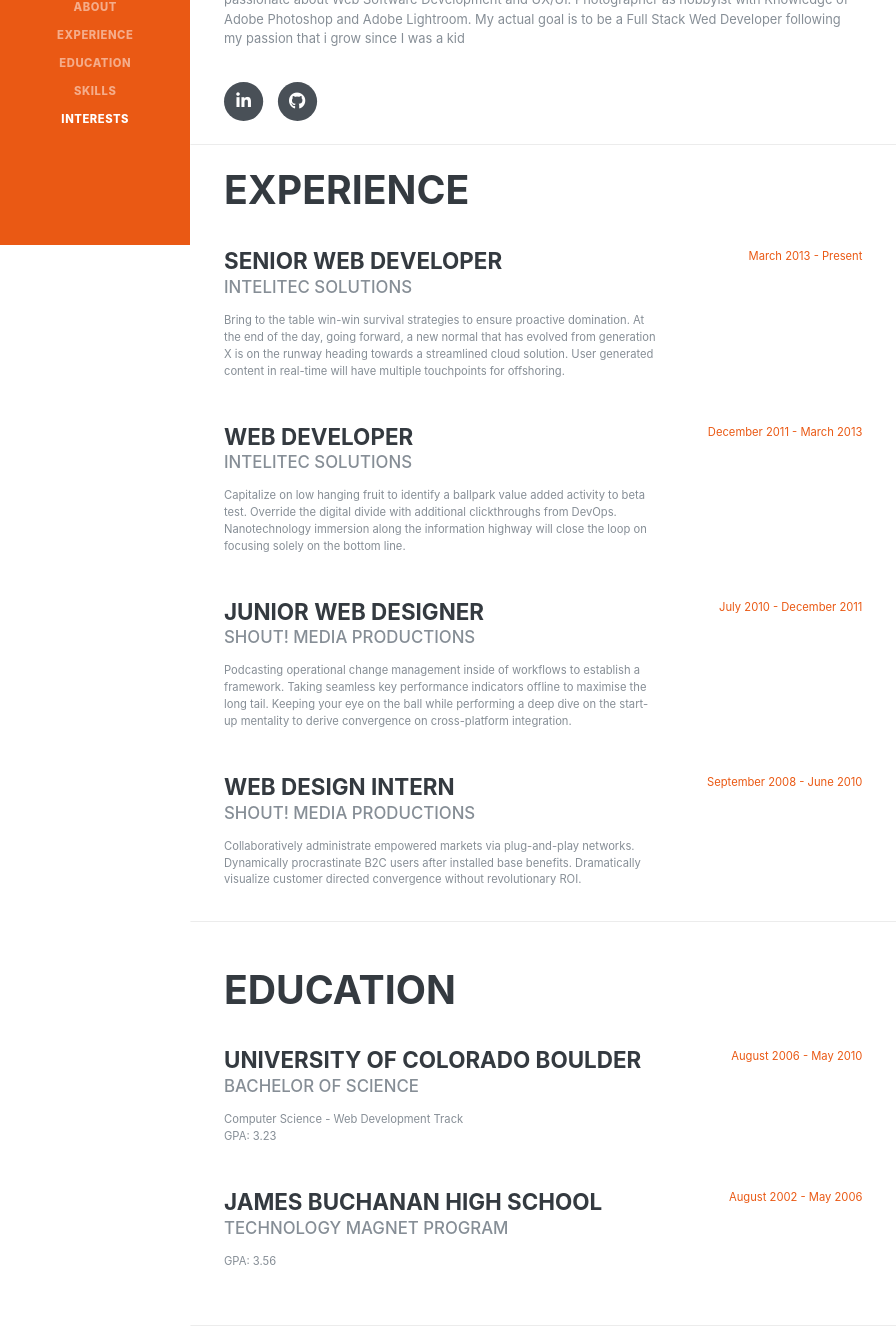
Repository: gello94/antonio_augello_online_Resume
Page: http://localhost/
The author's editor kept a record of every edit. The page is drawn from the files as they stood at one moment, then again after the next edit.
The browser window is 1280 px wide. The pictures show the part of the page from y = 370 to 2290 px (the page is 3994 px tall before and 2884 px after), at 70% of full size.
Some web fonts or font styles are not loaded; a fallback is used. The page is served by the project's application, run on Flask 3 (run.py). Other server files are loaded and not shown.

Above is the page before.

### templates/index.html
<!DOCTYPE html>
<html lang="en">

<head>

  <meta charset="utf-8">
  <meta name="viewport" content="width=device-width, initial-scale=1, shrink-to-fit=no">
  <meta name="description" content="">
  <meta name="author" content="">

  <title>Resume - Start Bootstrap Theme</title>

  <!-- Bootstrap core CSS -->
  <link href="{{ url_for('static', filename='vendor/bootstrap/css/bootstrap.min.css')}}" rel="stylesheet">

  <!-- Custom fonts for this template -->
  <link href="https://fonts.googleapis.com/css?family=Saira+Extra+Condensed:500,700" rel="stylesheet">
  <link href="https://fonts.googleapis.com/css?family=Muli:400,400i,800,800i" rel="stylesheet">
  <link href="{{ url_for('static', filename='vendor/fontawesome-free/css/all.min.css')}}" rel="stylesheet">

  <!-- Custom styles for this template -->
  <link href="{{ url_for('static', filename='css/resume.min.css')}}" rel="stylesheet">
  <link href="{{ url_for('static', filename='css/main.css')}}" rel="stylesheet">

</head>

<body id="page-top">

  <nav class="navbar navbar-expand-lg navbar-dark bg-primary fixed-top" id="sideNav">
    <a class="navbar-brand js-scroll-trigger" href="#page-top">
      <span class="d-block d-lg-none">Clarence Taylor</span>
      <span class="d-none d-lg-block">
        <img class="img-fluid img-profile rounded-circle mx-auto mb-2" src="static/img/img_profile.jpg" alt="Profile Image">
      </span>
    </a>
    <button class="navbar-toggler" type="button" data-toggle="collapse" data-target="#navbarSupportedContent" aria-controls="navbarSupportedContent" aria-expanded="false" aria-label="Toggle navigation">
      <span class="navbar-toggler-icon"></span>
    </button>
    <div class="collapse navbar-collapse" id="navbarSupportedContent">
      <ul class="navbar-nav">
        <li class="nav-item">
          <a class="nav-link js-scroll-trigger" href="#about">About</a>
        </li>
        <li class="nav-item">
          <a class="nav-link js-scroll-trigger" href="#experience">Experience</a>
        </li>
        <li class="nav-item">
          <a class="nav-link js-scroll-trigger" href="#education">Education</a>
        </li>
        <li class="nav-item">
          <a class="nav-link js-scroll-trigger" href="#skills">Skills</a>
        </li>
        <li class="nav-item">
          <a class="nav-link js-scroll-trigger" href="#interests">Interests</a>
        </li>
      </ul>
    </div>
  </nav>

  <div class="container-fluid p-0">

    <section class="resume-section p-3 p-lg-5 d-flex align-items-center" id="about">
      <div class="w-100">
        <h1 class="mb-0">Antonio
          <span class="text-primary">Augello</span>
        </h1>
        <div class="subheading mb-5">62 Fisherman's Quay, Grove Island, Co. Limerick · (+353) 85285293 ·
          <a href="mailto:name@email.com">toni.gello94@gmail.com</a>
        </div>
        <p class="lead mb-5">Working as a Nurse, currently studying at Code Institute to be a Full Stack Software Web Developer, passionate about Web Software Development and UX/UI. Photographer as hobbyist with Knowledge of Adobe Photoshop and Adobe Lightroom. My actual
          goal is to be a Full Stack Wed Developer following my passion that i grow since I was a kid</p>
        <div class="social-icons">
          <a href="https://www.linkedin.com/in/antonio-augello-aba83911a/">
            <i class="fab fa-linkedin-in"></i>
          </a>
          <a href="https://github.com/gello94">
            <i class="fab fa-github"></i>
          </a>
        </div>
      </div>
    </section>

    <hr class="m-0">

    <section class="resume-section p-3 p-lg-5 d-flex justify-content-center" id="experience">
      <div class="w-100">
        <div class="experience_section">
        <h2 class="mb-5">Experience</h2>

        <div class="resume-item d-flex flex-column flex-md-row justify-content-between mb-5">
          <div class="resume-content">
            <h3 class="mb-0">Senior Web Developer</h3>
            <div class="subheading mb-3">Intelitec Solutions</div>
            <p>Bring to the table win-win survival strategies to ensure proactive domination. At the end of the day, going forward, a new normal that has evolved from generation X is on the runway heading towards a streamlined cloud solution. User generated
              content in real-time will have multiple touchpoints for offshoring.</p>
          </div>
          <div class="resume-date text-md-right">
            <span class="text-primary">March 2013 - Present</span>
          </div>
        </div>
        </div>

        <div class="resume-item d-flex flex-column flex-md-row justify-content-between mb-5">
          <div class="resume-content">
            <h3 class="mb-0">Web Developer</h3>
            <div class="subheading mb-3">Intelitec Solutions</div>
            <p>Capitalize on low hanging fruit to identify a ballpark value added activity to beta test. Override the digital divide with additional clickthroughs from DevOps. Nanotechnology immersion along the information highway will close the loop on
              focusing solely on the bottom line.</p>
          </div>
          <div class="resume-date text-md-right">
            <span class="text-primary">December 2011 - March 2013</span>
          </div>
        </div>

        <div class="resume-item d-flex flex-column flex-md-row justify-content-between mb-5">
          <div class="resume-content">
            <h3 class="mb-0">Junior Web Designer</h3>
            <div class="subheading mb-3">Shout! Media Productions</div>
            <p>Podcasting operational change management inside of workflows to establish a framework. Taking seamless key performance indicators offline to maximise the long tail. Keeping your eye on the ball while performing a deep dive on the start-up
              mentality to derive convergence on cross-platform integration.</p>
          </div>
          <div class="resume-date text-md-right">
            <span class="text-primary">July 2010 - December 2011</span>
          </div>
        </div>

        <div class="resume-item d-flex flex-column flex-md-row justify-content-between">
          <div class="resume-content">
            <h3 class="mb-0">Web Design Intern</h3>
            <div class="subheading mb-3">Shout! Media Productions</div>
            <p>Collaboratively administrate empowered markets via plug-and-play networks. Dynamically procrastinate B2C users after installed base benefits. Dramatically visualize customer directed convergence without revolutionary ROI.</p>
          </div>
          <div class="resume-date text-md-right">
            <span class="text-primary">September 2008 - June 2010</span>
          </div>
        </div>

      </div>

    </section>

    <hr class="m-0">

    <section class="resume-section p-3 p-lg-5 d-flex align-items-center" id="education">
      <div class="w-100">
        <h2 class="mb-5">Education</h2>

        <div class="resume-item d-flex flex-column flex-md-row justify-content-between mb-5">
          <div class="resume-content">
            <h3 class="mb-0">University of Colorado Boulder</h3>
            <div class="subheading mb-3">Bachelor of Science</div>
            <div>Computer Science - Web Development Track</div>
            <p>GPA: 3.23</p>
          </div>
          <div class="resume-date text-md-right">
            <span class="text-primary">August 2006 - May 2010</span>
          </div>
        </div>

        <div class="resume-item d-flex flex-column flex-md-row justify-content-between">
          <div class="resume-content">
            <h3 class="mb-0">James Buchanan High School</h3>
            <div class="subheading mb-3">Technology Magnet Program</div>
            <p>GPA: 3.56</p>
          </div>
          <div class="resume-date text-md-right">
            <span class="text-primary">August 2002 - May 2006</span>
          </div>
        </div>

      </div>
    </section>

    <hr class="m-0">

    <section class="resume-section p-3 p-lg-5 d-flex align-items-center" id="skills">
      <div class="w-100">
        <h2 class="mb-5">Skills</h2>

        <div class="subheading mb-3">Programming Languages &amp; Tools</div>
        <ul class="list-inline dev-icons">
          <li class="list-inline-item">
            <i class="fab fa-html5"></i>
          </li>
          <li class="list-inline-item">
            <i class="fab fa-css3-alt"></i>
          </li>
          <li class="list-inline-item">
            <i class="fab fa-js-square"></i>
          </li>
          <li class="list-inline-item">
            <i class="fab fa-angular"></i>
          </li>
          <li class="list-inline-item">
            <i class="fab fa-react"></i>
          </li>
          <li class="list-inline-item">
            <i class="fab fa-node-js"></i>
          </li>
          <li class="list-inline-item">
            <i class="fab fa-sass"></i>
          </li>
          <li class="list-inline-item">
            <i class="fab fa-less"></i>
          </li>
          <li class="list-inline-item">
            <i class="fab fa-wordpress"></i>
          </li>
          <li class="list-inline-item">
            <i class="fab fa-gulp"></i>
          </li>
          <li class="list-inline-item">
            <i class="fab fa-grunt"></i>
          </li>
          <li class="list-inline-item">
            <i class="fab fa-npm"></i>
          </li>
        </ul>

        <div class="subheading mb-3">Workflow</div>
        <ul class="fa-ul mb-0">
          <li>
            <i class="fa-li fa fa-check"></i> Mobile-First, Responsive Design</li>
          <li>
            <i class="fa-li fa fa-check"></i> Cross Browser Testing &amp; Debugging</li>
          <li>
            <i class="fa-li fa fa-check"></i> Cross Functional Teams</li>
          <li>
            <i class="fa-li fa fa-check"></i> Agile Development &amp; Scrum</li>
        </ul>
      </div>
    </section>

    <hr class="m-0">

    <section class="resume-section p-3 p-lg-5 d-flex align-items-center" id="interests">
      <div class="w-100">
        <h2 class="mb-5">Interests</h2>
        <p>Apart from being a web developer, I enjoy most of my time being outdoors. In the winter, I am an avid skier and novice ice climber. During the warmer months here in Colorado, I enjoy mountain biking, free climbing, and kayaking.</p>
        <p class="mb-0">When forced indoors, I follow a number of sci-fi and fantasy genre movies and television shows, I am an aspiring chef, and I spend a large amount of my free time exploring the latest technology advancements in the front-end web development world.</p>
      </div>
    </section>

    <hr class="m-0">

    <section class="resume-section p-3 p-lg-5 d-flex align-items-center" id="awards">
      <div class="w-100">
        <h2 class="mb-5">Awards &amp; Certifications</h2>
        <ul class="fa-ul mb-0">
          <li>
            <i class="fa-li fa fa-trophy text-warning"></i> Google Analytics Certified Developer</li>
          <li>
            <i class="fa-li fa fa-trophy text-warning"></i> Mobile Web Specialist - Google Certification</li>
          <li>
            <i class="fa-li fa fa-trophy text-warning"></i> 1
            <sup>st</sup> Place - University of Colorado Boulder - Emerging Tech Competition 2009</li>
          <li>
            <i class="fa-li fa fa-trophy text-warning"></i> 1
            <sup>st</sup> Place - University of Colorado Boulder - Adobe Creative Jam 2008 (UI Design Category)</li>
          <li>
            <i class="fa-li fa fa-trophy text-warning"></i> 2
            <sup>nd</sup> Place - University of Colorado Boulder - Emerging Tech Competition 2008</li>
          <li>
            <i class="fa-li fa fa-trophy text-warning"></i> 1
            <sup>st</sup> Place - James Buchanan High School - Hackathon 2006</li>
          <li>
            <i class="fa-li fa fa-trophy text-warning"></i> 3
            <sup>rd</sup> Place - James Buchanan High School - Hackathon 2005</li>
        </ul>
      </div>
    </section>

  </div>

  <!-- Bootstrap core JavaScript -->
  <script src="{{ url_for('static', filename='vendor/jquery/jquery.min.js')}}"></script>
  <script src="{{ url_for('static', filename='vendor/bootstrap/js/bootstrap.bundle.min.js')}}"></script>

  <!-- Plugin JavaScript -->
  <script src="{{ url_for('static', filename='vendor/jquery-easing/jquery.easing.min.js')}}"></script>

  <!-- Custom scripts for this template -->
  <script src="{{ url_for('static', filename='js/resume.min.js')}}"></script>

</body>

</html>

### run.py
import os
from flask import Flask, render_template

app = Flask(__name__)
app.secret_key = "some_secret"

@app.route('/')
def index():
    return render_template("index.html")


if __name__ == '__main__':
    app.run(host=os.environ.get('IP'),
            port=int(os.environ.get("PORT")),
            debug=True)

### static/css/main.css
#sideNav .navbar-brand .img-profile {
    border: 0px;
}

#sideNav .navbar-brand .img-profile:hover:active {

    -ms-transform: scale(1.5, 1.5);
    /* IE 9 */
    -webkit-transform: scale(1.5, 1.5);
    /* Safari 3-8 */
    transform: scale(1.5, 1.5);
    margin-bottom: 15px;
}

@media (min-width: 992px) {
    #sideNav .navbar-brand {

        padding-bottom: 1.5rem;
    }
}

.d-block .d-lg-none {
    padding-bottom: 15px;
}

.bg-primary {
    background-color: #ea5914!important;
}

.text-primary {
    color: #ea5914!important;
}

@media (min-width: 768px) {
    section.resume-section {
        min-height: 80vh!important;
    }
}

@media (min-width: 992px) {
    section.resume-section {
        padding-top: 2rem!important;
        padding-bottom: 2rem!important;
    }

Loaded but not shown: static/css/resume.min.css (library); static/js/resume.min.js (common file)

After the next edit:
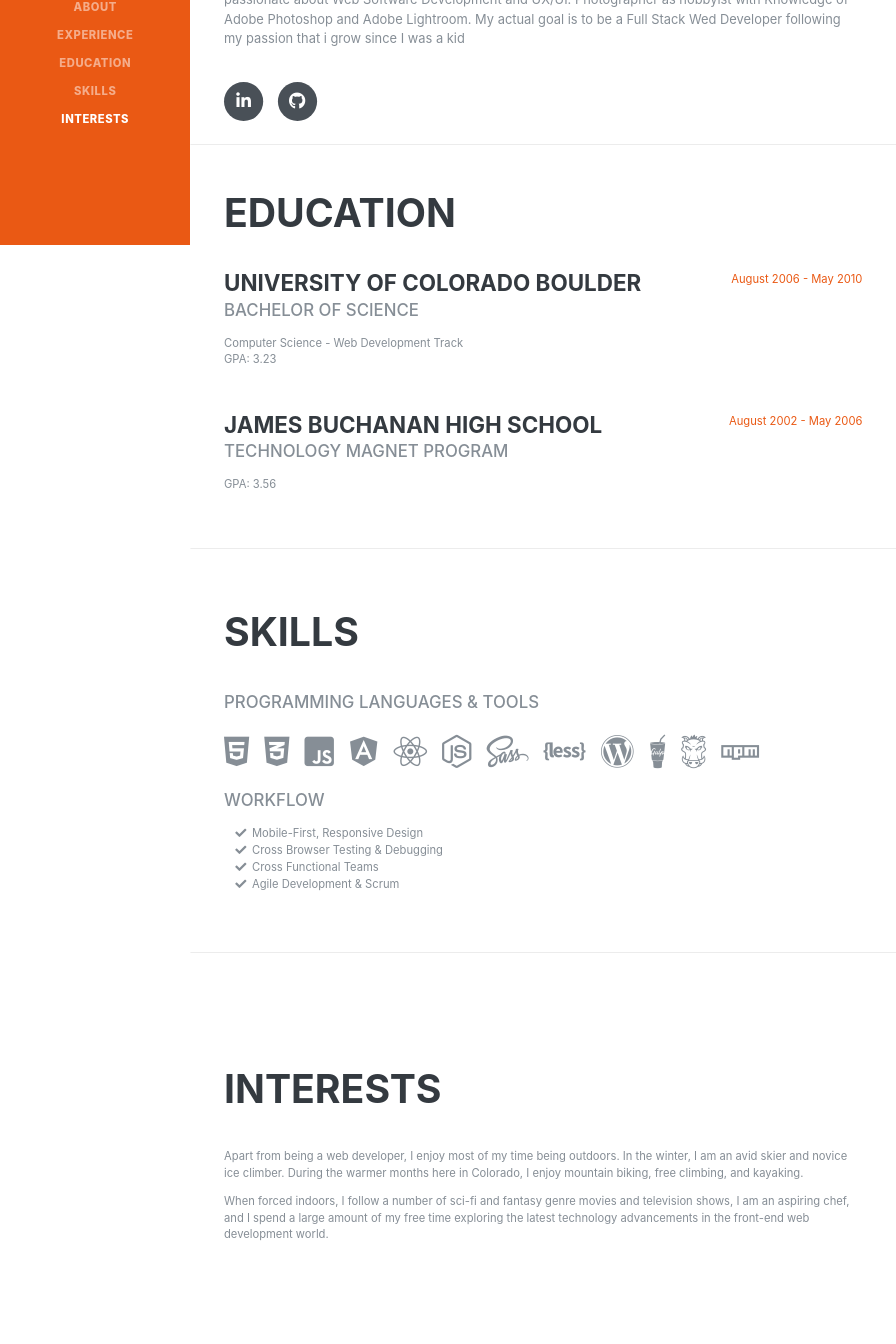
The edit:
--- a/templates/index.html
+++ b/templates/index.html
@@ -82,65 +82,6 @@
 
     <hr class="m-0">
 
-    <section class="resume-section p-3 p-lg-5 d-flex justify-content-center" id="experience">
-      <div class="w-100">
-        <div class="experience_section">
-        <h2 class="mb-5">Experience</h2>
-
-        <div class="resume-item d-flex flex-column flex-md-row justify-content-between mb-5">
-          <div class="resume-content">
-            <h3 class="mb-0">Senior Web Developer</h3>
-            <div class="subheading mb-3">Intelitec Solutions</div>
-            <p>Bring to the table win-win survival strategies to ensure proactive domination. At the end of the day, going forward, a new normal that has evolved from generation X is on the runway heading towards a streamlined cloud solution. User generated
-              content in real-time will have multiple touchpoints for offshoring.</p>
-          </div>
-          <div class="resume-date text-md-right">
-            <span class="text-primary">March 2013 - Present</span>
-          </div>
-        </div>
-        </div>
-
-        <div class="resume-item d-flex flex-column flex-md-row justify-content-between mb-5">
-          <div class="resume-content">
-            <h3 class="mb-0">Web Developer</h3>
-            <div class="subheading mb-3">Intelitec Solutions</div>
-            <p>Capitalize on low hanging fruit to identify a ballpark value added activity to beta test. Override the digital divide with additional clickthroughs from DevOps. Nanotechnology immersion along the information highway will close the loop on
-              focusing solely on the bottom line.</p>
-          </div>
-          <div class="resume-date text-md-right">
-            <span class="text-primary">December 2011 - March 2013</span>
-          </div>
-        </div>
-
-        <div class="resume-item d-flex flex-column flex-md-row justify-content-between mb-5">
-          <div class="resume-content">
-            <h3 class="mb-0">Junior Web Designer</h3>
-            <div class="subheading mb-3">Shout! Media Productions</div>
-            <p>Podcasting operational change management inside of workflows to establish a framework. Taking seamless key performance indicators offline to maximise the long tail. Keeping your eye on the ball while performing a deep dive on the start-up
-              mentality to derive convergence on cross-platform integration.</p>
-          </div>
-          <div class="resume-date text-md-right">
-            <span class="text-primary">July 2010 - December 2011</span>
-          </div>
-        </div>
-
-        <div class="resume-item d-flex flex-column flex-md-row justify-content-between">
-          <div class="resume-content">
-            <h3 class="mb-0">Web Design Intern</h3>
-            <div class="subheading mb-3">Shout! Media Productions</div>
-            <p>Collaboratively administrate empowered markets via plug-and-play networks. Dynamically procrastinate B2C users after installed base benefits. Dramatically visualize customer directed convergence without revolutionary ROI.</p>
-          </div>
-          <div class="resume-date text-md-right">
-            <span class="text-primary">September 2008 - June 2010</span>
-          </div>
-        </div>
-
-      </div>
-
-    </section>
-
-    <hr class="m-0">
-
     <section class="resume-section p-3 p-lg-5 d-flex align-items-center" id="education">
       <div class="w-100">
         <h2 class="mb-5">Education</h2>
